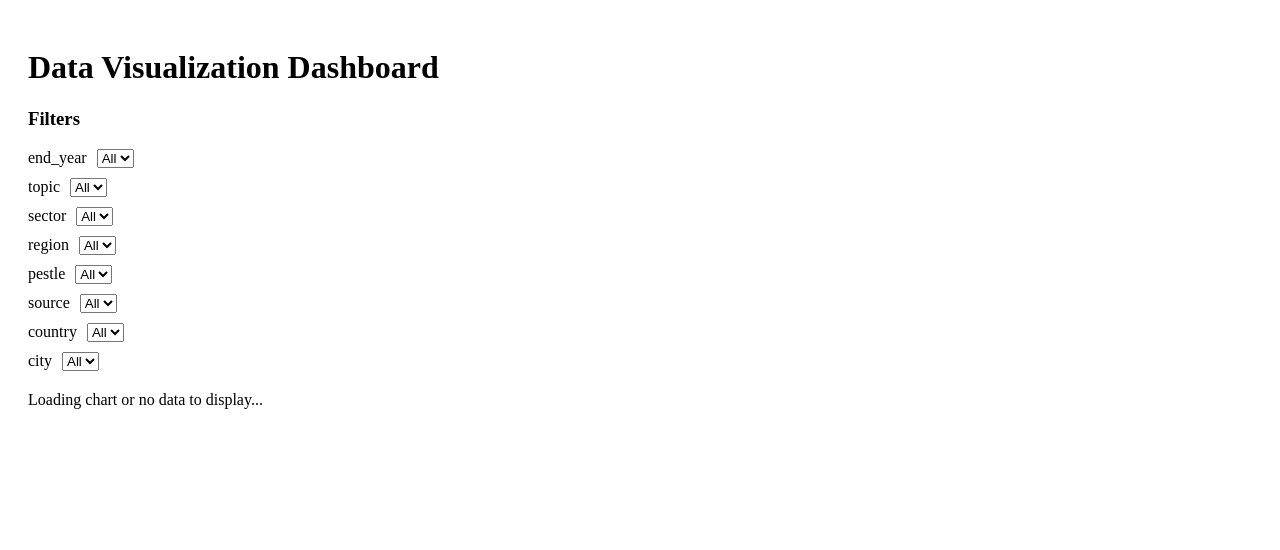
Repository: dikshant-s/DataVisualizationDashboard
Page: / (app in frontend/)
The author's editor kept a copy of each file at every save. The page is drawn from the files as they stood at one save, then again after the next save.
The browser window is 1280 px wide. The pictures show the whole page.
The page's requests for data from a server got no answer. The project was rebuilt for these pictures with package versions that can differ from the ones it lists, and the page was loaded fresh each time. No one was signed in, and anything a server would have sent is missing.

Above is the page before, as saved 2025-06-29 09:16:26.

After the next save:
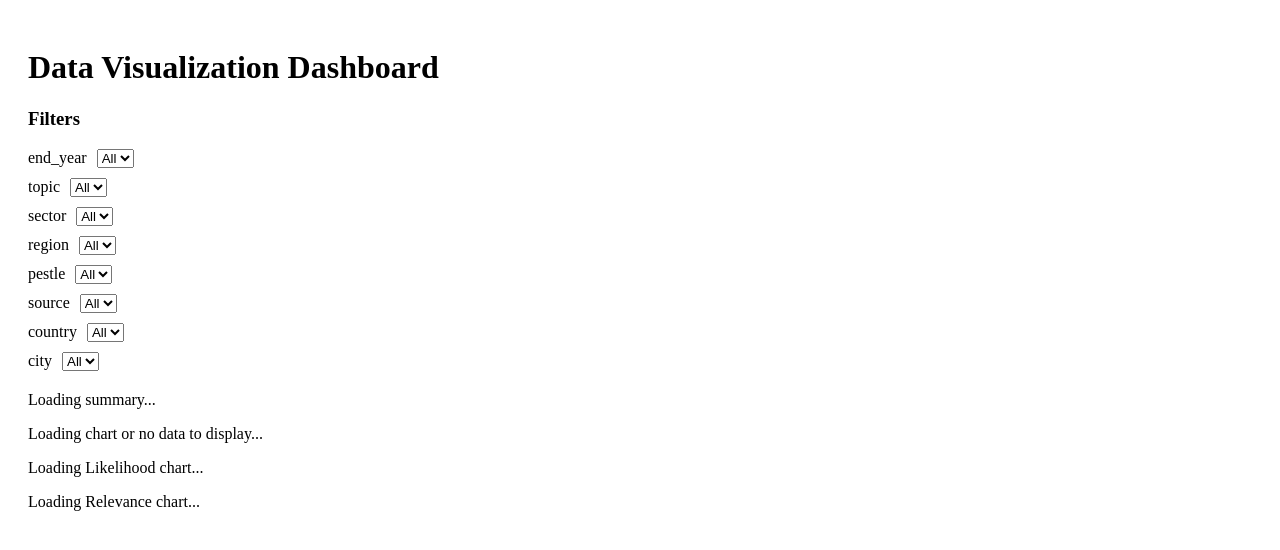
Saved 9 s later.
--- a/frontend/src/App.js
+++ b/frontend/src/App.js
@@ -1,6 +1,9 @@
 import React, { useState } from "react";
+import FilterPanel from "./components/FilterPanel";
 import IntensityBarChart from "./components/IntensityBarChart";
-import FilterPanel from "./components/FilterPanel";
+import LikelihoodLineChart from "./components/LikelihoodLineChart";
+import RelevanceTopicChart from "./components/RelevanceTopicChart";
+import Summary from "./components/Summary";
 
 const App = () => {
   const [filters, setFilters] = useState({});
@@ -9,7 +12,10 @@ const App = () => {
     <div style={{ padding: 20 }}>
       <h1>Data Visualization Dashboard</h1>
       <FilterPanel setFilters={setFilters} />
+      <Summary filters={filters} />
       <IntensityBarChart filters={filters} />
+      <LikelihoodLineChart filters={filters} />
+      <RelevanceTopicChart filters={filters} />
     </div>
   );
 };
